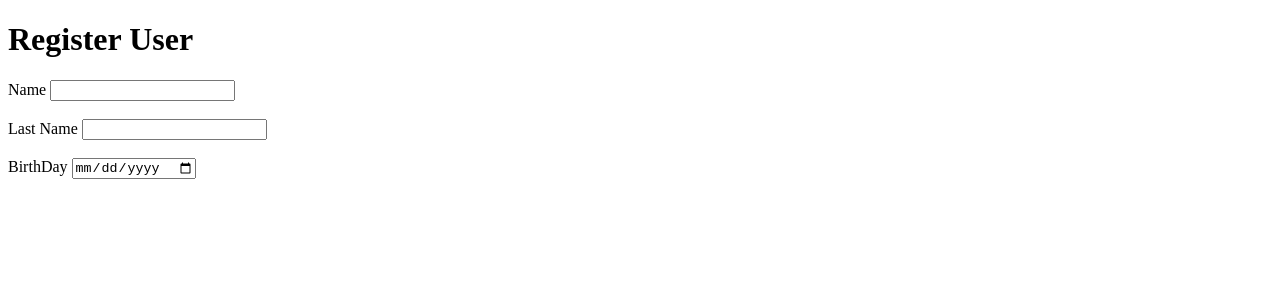
Repository: Ingridlmorales/app-cym-repo
Page: http://localhost/register_page
The author's editor kept a record of every edit. The page is drawn from the files as they stood at one moment, then again after the next edit.
The browser window is 1280 px wide. The pictures show the whole page.
The page is served by the project's application, run on Flask 3 (server.py). Other server files are loaded and not shown.

Above is the page before.

### templates/register.html
<!DOCTYPE html>
<html>
    <head>
        <meta http-equiv="content-type" content="text/html; charset=utf-8" />
        <title> App Web </title>

    </head>
    <body>
        <h1> Register User</h1>
        <form>
            <label>Name</label> <input type="text" /> <br> <br>
            <label>Last Name</label> <input type="text" /> <br> <br>
            <label>BirthDay</label> <input type="date" /> <br> <br>
        </form>
    </body>
</html>

### controller/control.py
from flask import render_template, request
from database.db import *
from controller.admin_s3 import *

def func_home_page():
    return render_template("home.html")

def func_register_page():
    return render_template("register.html")

def func_consult_page():
    return render_template("consult.html")

def func_register_user():
    id = request.form["id"]
    name = request.form["name"]
    lastname = request.form["lastname"]
    birthday = request.form["birthday"]
    photo = request.files["photo"]
    confirm_user = add_user(id, name, lastname, birthday)
    if confirm_user:
        s3_resource = connection_s3()
        photo_path_local = save_file(photo)
        confirm_photo = upload_file(s3_resource, photo, photo_path_local, id)
        if confirm_photo:
            return "<h1> Usuario creado exitosamente </h1>"
        else:
            return "<h1> Usuario creado sin foto </h1>"
    else:
        return "<h1> Error: no fue posible crear el user </h1>"

def func_consult_user():
    obj_user = request.get_json()
    id = obj_user["id"]
    result_data = consult_user(id)
    if result_data != False and len(result_data) != 0:
        s3_resource = connection_s3()
        file_found = consult_file(s3_resource, id)
        if file_found != None:
            url_file = "https://file-cym.s3.amazonaws.com/" + file_found
        else:
            url_file = ""
        response = {
                'status':"ok",
                'name': result_data[0][1],
                'lastname' : result_data[0][2],
                'birthday' : result_data[0][3],
                'photo' : url_file
            }
    else:
        response = {
            'status':"error"
        }
    return response

### routes/route.py
from controller.control import *
from server import app

@app.route("/")
def home_page():
    return func_home_page()

@app.route("/register_page")
def register_page():
    return func_register_page()

@app.route("/consult_page")
def consult_page():
    return func_consult_page()

@app.route("/register_user", methods=["post"])
def register_user():
    return func_register_user()

@app.route("/consult_user", methods=["post"])
def consult_user():
    return func_consult_user()

### server.py
from flask import Flask

app = Flask(__name__)

from routes.route import *

if __name__ == "__main__":
    host = "0.0.0.0"
    port ="80"
    app.run(host, port)

### database/db.py
import pymysql

db_host = 'instance-cym.c3c8246s0kxx.us-east-1.rds.amazonaws.com'
db_user = 'ingrid'
db_password = 'AWS-CYM21'
db_database = 'db_cym'
db_table = 'users'

def connectionSQL():
    try:
        connection_sql = pymysql.connect(
            host = db_host,
            user = db_user,
            password = db_password,
            database = db_database
        )
        print("Successful connection database")
        return connection_sql
    except Exception as err:
        print("Error conectando a la base de datos")
        print(err)
        return None

def add_user(id, name, lastname, birthday):
    instruction_sql = "INSERT INTO" + " " + db_table + " (id, name, lastname, birthday) VALUES ("+id+", '"+name+"', '"+lastname+"', '"+birthday+"') "
    print(instruction_sql)
    connection_sql = connectionSQL()
    try:
        if connection_sql != None:
            cursor = connection_sql.cursor()
            cursor.execute(instruction_sql)
            connection_sql.commit()
            print("Usuario agregado")
            return True
        else:
            print("Error conectando a la BD")
            return False
    except Exception as err:
        print("Error creando el usuario")
        print(err)
        return False

def consult_user(id):
    instruction_sql = "SELECT * FROM users WHERE id = " + id
    connection_sql = connectionSQL()
    try:
        cursor = connection_sql.cursor()
        cursor.execute(instruction_sql)
        result_data = cursor.fetchall()
        return (result_data)
    except Exception as err:
        print("Error", err)
        return False

After the next edit:
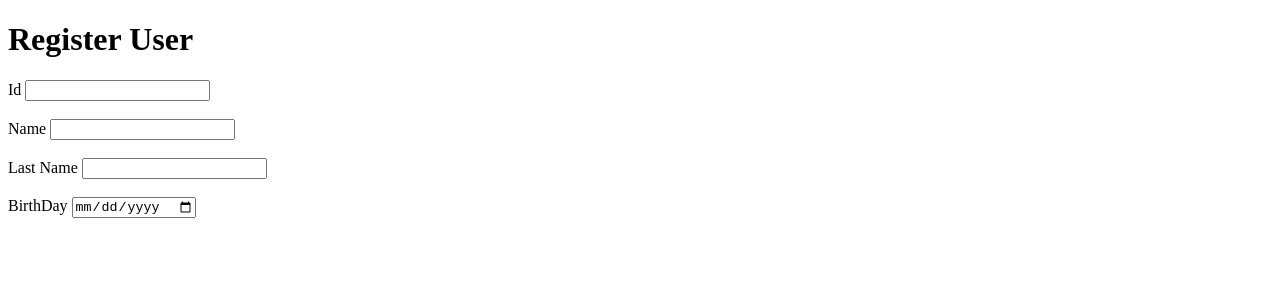
The edit:
--- a/templates/register.html
+++ b/templates/register.html
@@ -8,6 +8,7 @@
     <body>
         <h1> Register User</h1>
         <form>
+            <label>Id</label> <input type="number" /> <br> <br>
             <label>Name</label> <input type="text" /> <br> <br>
             <label>Last Name</label> <input type="text" /> <br> <br>
             <label>BirthDay</label> <input type="date" /> <br> <br>
